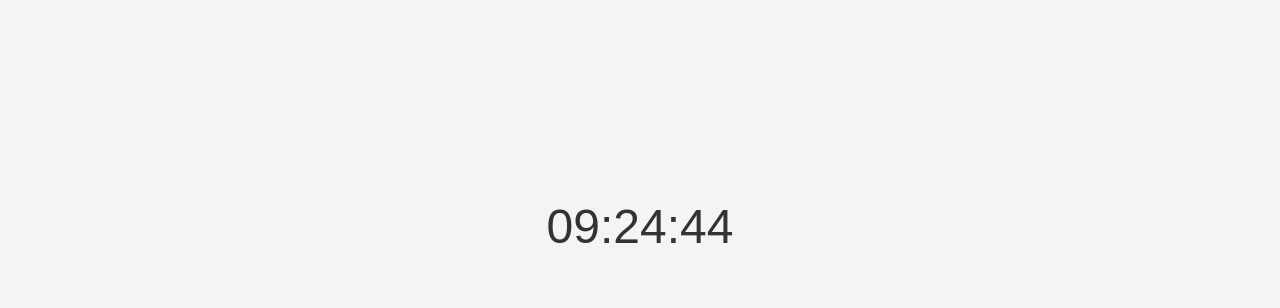
Repository: razrednicasopis/razrednicasopis.github.io
Page: Resources/ura.html
An editor plug-in stored every save of this project. The page is shown before and after the next save, followed by the edit.
The browser window is 1280 px wide. The pictures show the whole page.

Above is the page before, as saved 2024-03-08 08:32:09.
Console error: TypeError: Cannot read properties of null (reading 'addEventListener')

After the next save:
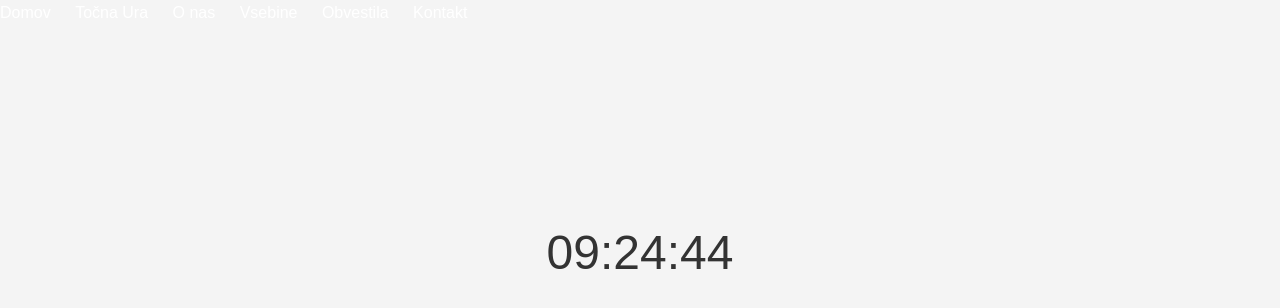
Saved 27 s later.
--- a/Resources/ura.html
+++ b/Resources/ura.html
@@ -8,7 +8,17 @@
 </head>
 <body>
 
-
+  <nav>
+    <ul>
+      <li><a href="#">Domov</a></li>
+      <li><a href="Ura.html">Točna Ura</a></li>
+      <li><a href="o-nas.html">O nas</a></li>
+      <li><a href="vsebine.html">Vsebine </a></li>
+      <li><a href="obvestila.html">Obvestila</a></li>
+      <li><a href="#" class="showPopupLink">Kontakt</a></li>
+    </ul>
+  </nav>
+</header>
 
 
   <div class="blur-container">
